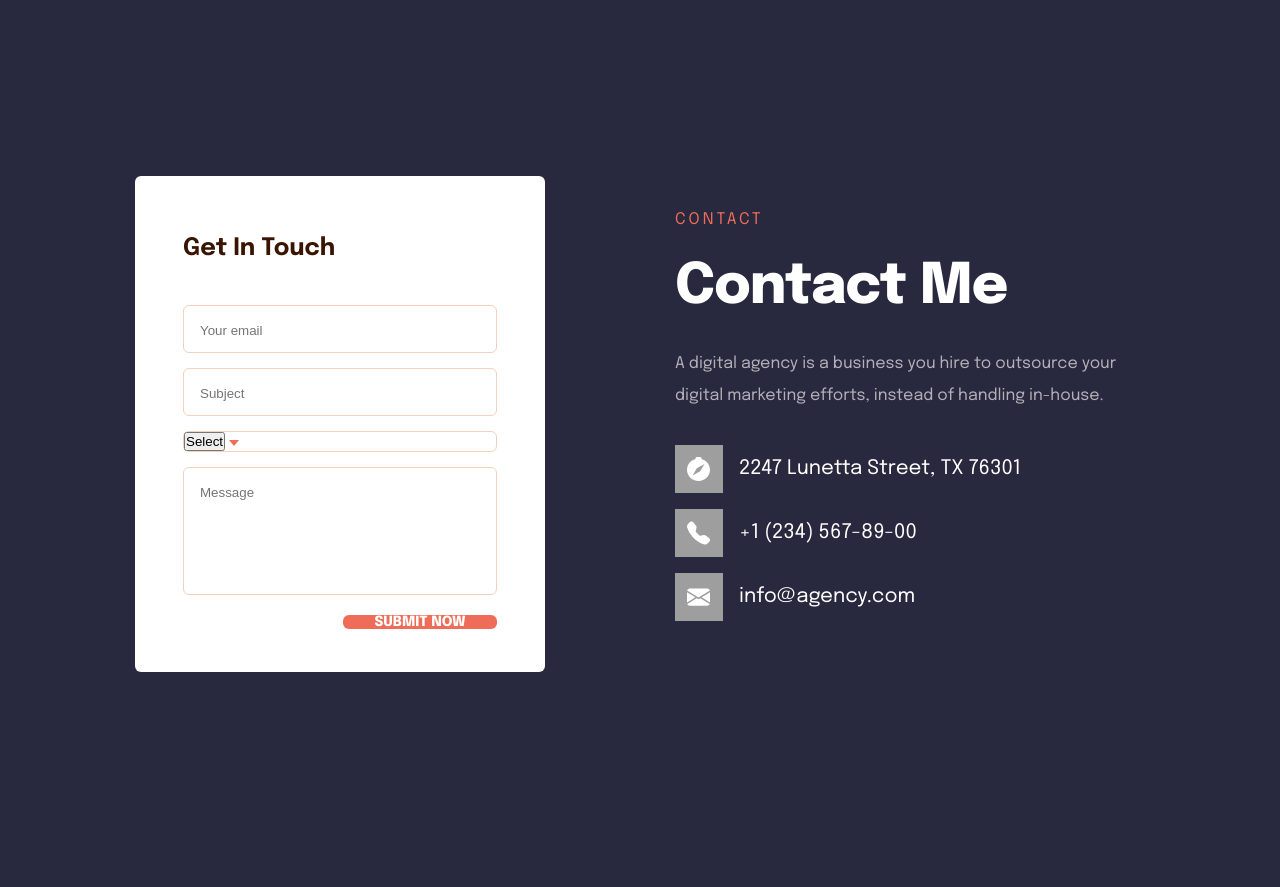
Repository: NatiqSamiyev/form-task-2
Page: index.html
These files come from the project's save history. The page is drawn as it stood at one moment and after the next save; the edit follows.
The browser window is 1280 px wide. The pictures show the whole page.
Pictures or frames that could not be fetched are drawn as grey boxes. Some web fonts or font styles are not loaded; a fallback is used.

Above is the page before, as saved 2023-10-26 11:42:25.

After the next save:
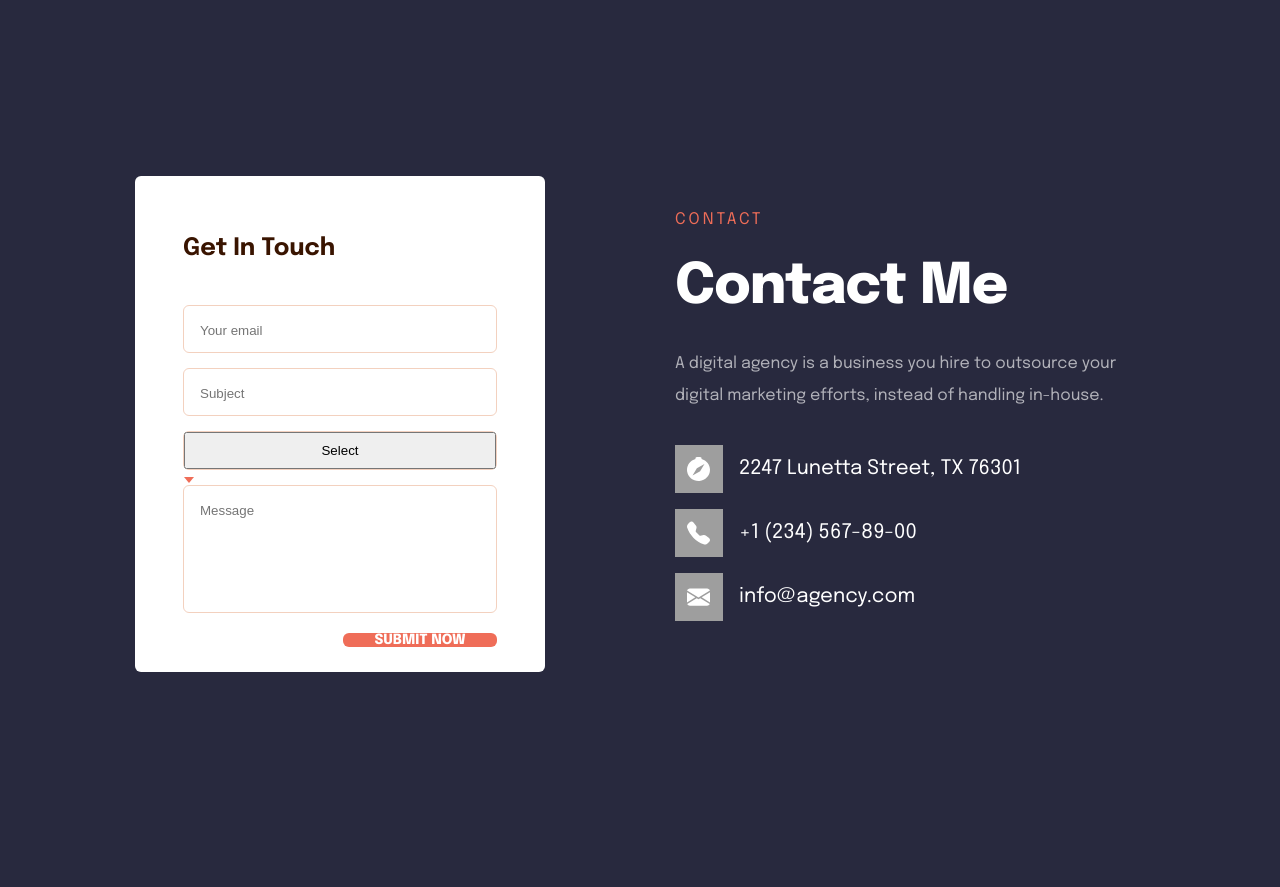
Saved 13 s later.
--- a/index.css
+++ b/index.css
@@ -166,3 +166,7 @@ border: 1px solid #F3D1BF;
 
 background: #FFF;
 }
+.select-box button{
+  width: 100%;
+  height: 100%;
+}
